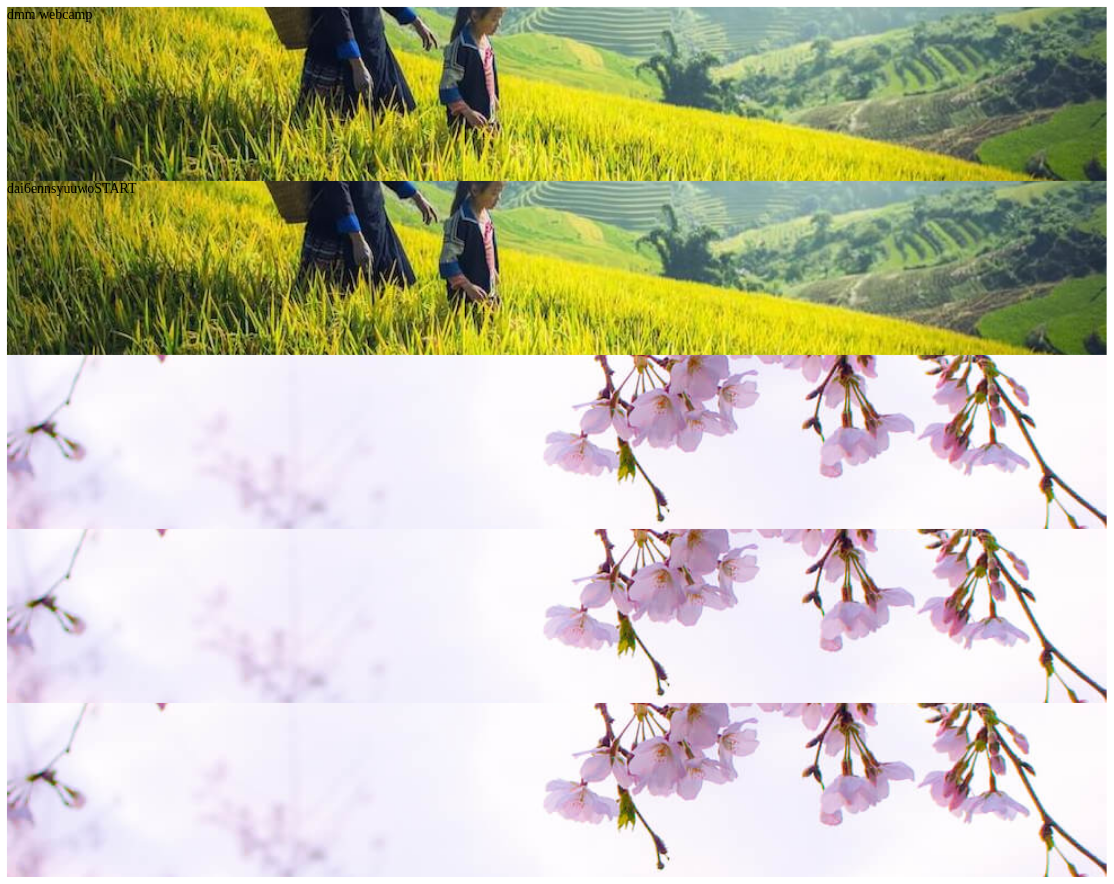
Repository: daisuketoyota/dmmwebxamp-toyota
Page: infratop/index.html
The author's editor kept a record of every edit. The page is drawn from the files as they stood at one moment, then again after the next edit.
The browser window is 1280 px wide. The pictures show the whole page, at 87% of full size.

Above is the page before.

After the next edit:
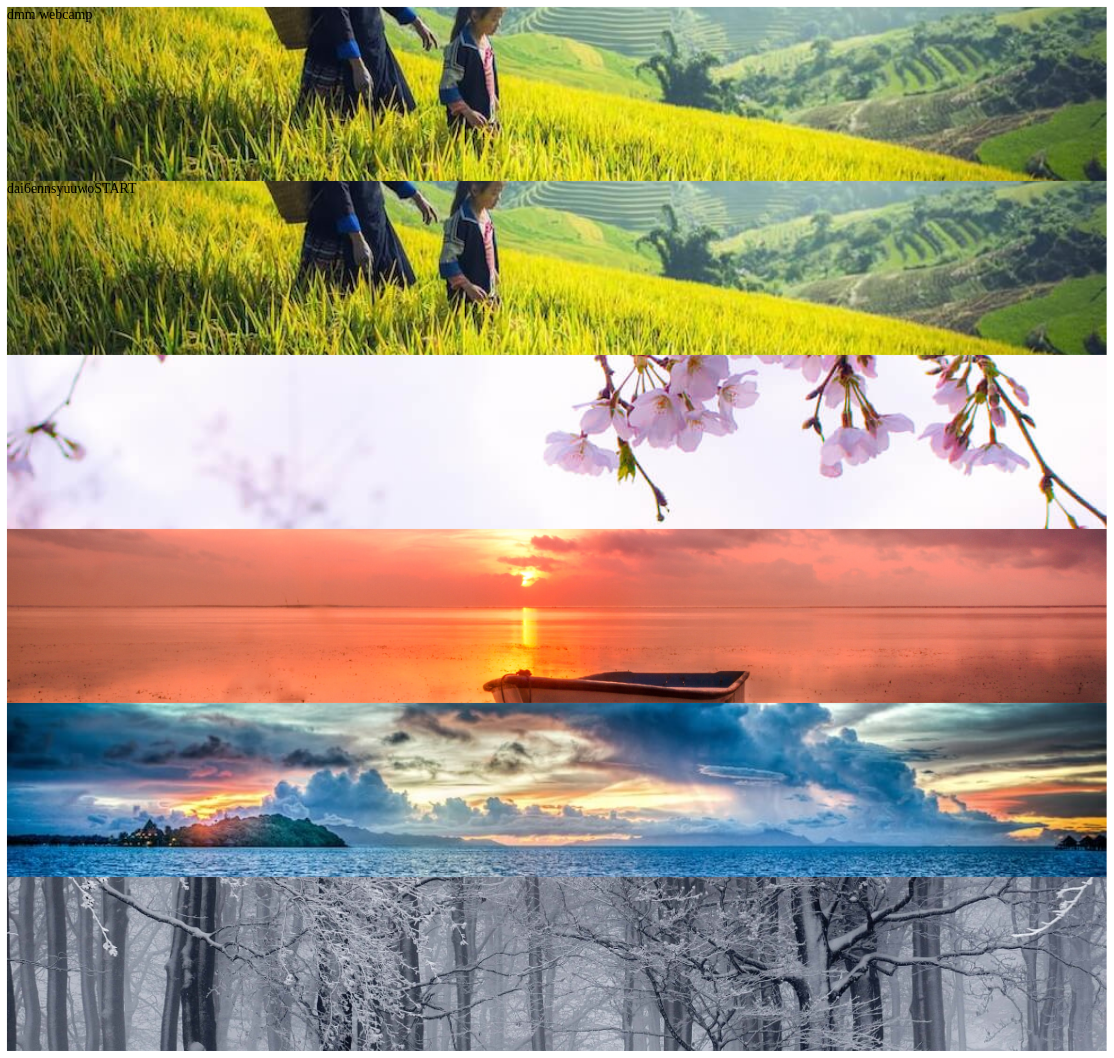
The edit:
--- a/infratop/index.html
+++ b/infratop/index.html
@@ -10,8 +10,8 @@
         <div class="dmm">dmm webcamp</div>
         <div class="dmm">dai6ennsyuuwoSTART</div>
         <div class="asia"></div>
-        <div class="asia"></div>
-        <div class="asia"</div>
-        <div class="asia"></div>
+        <div class="asia2"></div>
+        <div class="asia3"></div>
+        <div class="asia4"></div>
     </body>
 </html>
